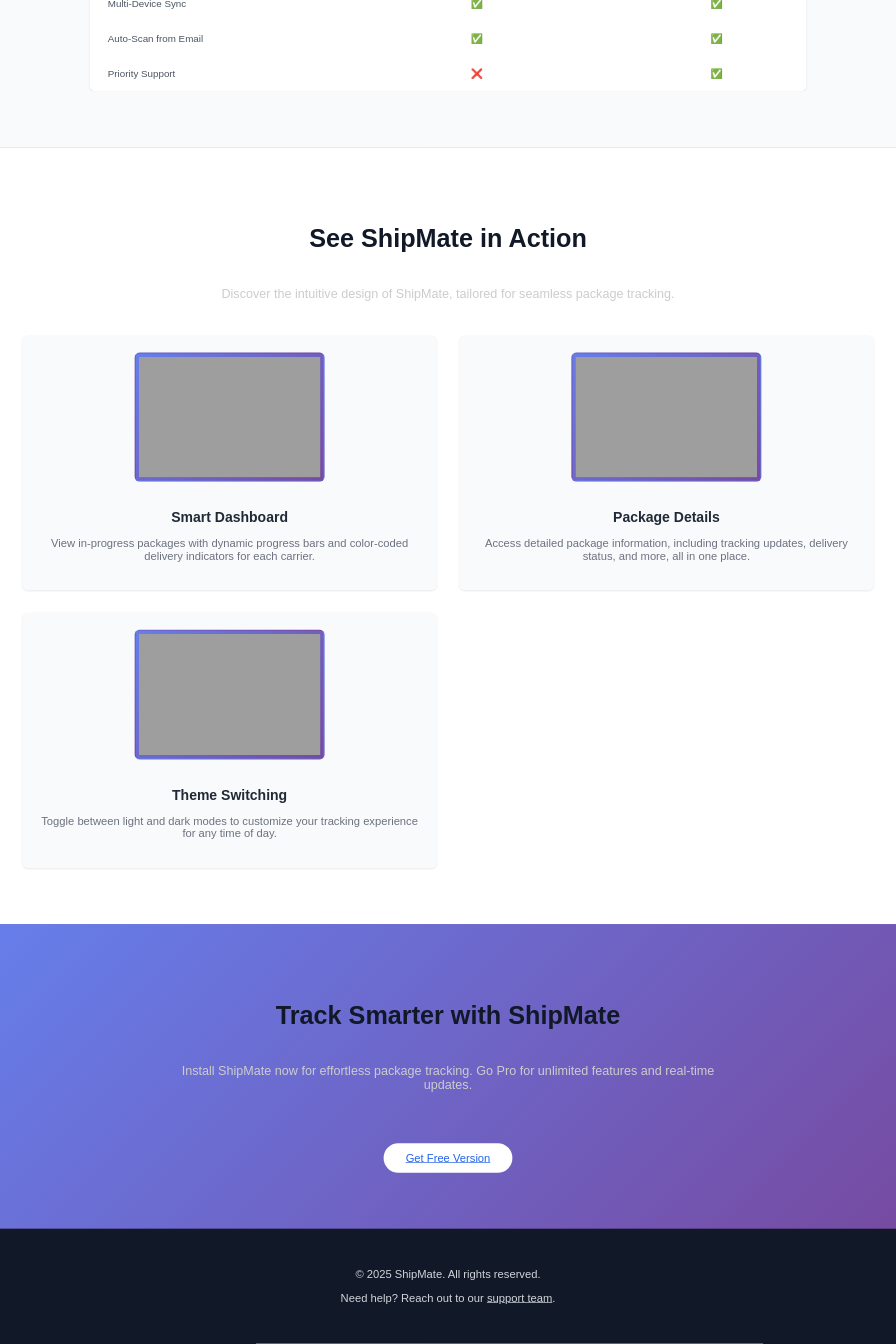
Repository: epeguero8311/shipmate-website
Page: index.html
An editor plug-in stored every save of this project. The page is shown before and after the next save, followed by the edit.
The browser window is 1280 px wide. The pictures show the part of the page from y = 1495 to 3415 px (the page is 3415 px tall before and 3080 px after), at 70% of full size.
Pictures or frames that could not be fetched are drawn as grey boxes.

Above is the page before, as saved 2025-10-26 19:38:41.

### index.html
<!DOCTYPE html>
<html lang="en">
<head>
  <meta charset="UTF-8">
  <meta name="viewport" content="width=device-width, initial-scale=1.0">
  <title>ShipMate - Package Tracking Chrome Extension</title>
  <link rel="stylesheet" href="styles.css">
</head>
<body class="body">
  <header class="header">
    <div class="header-container">
      <div class="header-logo-title">
        <h1 class="header-title">ShipMate</h1>
        <img src="icon.png" alt="ShipMate Logo" class="header-logo">
      </div>
      <p class="header-subtitle">Track your packages effortlessly, straight from your Gmail inbox.</p>
      <a href="https://chromewebstore.google.com/detail/[your-extension-id]" class="btn btn-primary">Get ShipMate Free</a>
    </div>
  </header>
  <section class="section">
    <div class="section-container">
      <h2 class="section-title">Why ShipMate?</h2>
      <p class="section-subtitle">ShipMate transforms package tracking with a clean, intuitive interface, pulling delivery details directly from Gmail and syncing via Firebase for seamless access.</p>
      <div class="grid">
        <div class="card fade-in" style="animation-delay: 0.2s;">
          <h3 class="card-title">Auto-Tracking</h3>
          <p class="card-text">Instantly pulls tracking info from your Gmail and updates in real-time.</p>
        </div>
        <div class="card fade-in" style="animation-delay: 0.4s;">
          <h3 class="card-title">Smart Dashboard</h3>
          <p class="card-text">Organizes "In Progress" packages with powerful sorting and filtering.</p>
        </div>
        <div class="card fade-in" style="animation-delay: 0.6s;">
          <h3 class="card-title">Customizable UI</h3>
          <p class="card-text">Toggle between light and dark modes for a tailored experience.</p>
        </div>
      </div>
    </div>
  </section>
  <section class="section-alt">
    <div class="section-container">
      <h2 class="section-title">Free vs Pro</h2>
      <div class="table-wrapper">
        <table class="table">
          <thead>
            <tr class="table-header">
              <th class="table-cell-left">Feature</th>
              <th class="table-cell">Free</th>
              <th class="table-cell">Pro ($4.99/mo)</th>
            </tr>
          </thead>
          <tbody class="table-body">
            <tr class="table-row">
              <td class="table-cell-left">Package Tracking Limit</td>
              <td class="table-cell">2 In Progress, 5 Total (Past 30 days)</td>
              <td class="table-cell">Unlimited</td>
            </tr>
            <tr class="table-row">
              <td class="table-cell-left">Package Details View</td>
              <td class="table-cell">❌</td>
              <td class="table-cell">✅</td>
            </tr>
            <tr class="table-row">
              <td class="table-cell-left">Smart ETA Insights</td>
              <td class="table-cell">❌</td>
              <td class="table-cell">✅</td>
            </tr>
            <tr class="table-row">
              <td class="table-cell-left">Advanced Filters</td>
              <td class="table-cell">Basic</td>
              <td class="table-cell">Store, Carrier, etc.</td>
            </tr>
            <tr class="table-row">
              <td class="table-cell-left">Export Options (CSV/PDF)</td>
              <td class="table-cell">❌</td>
              <td class="table-cell">✅</td>
            </tr>
            <tr class="table-row">
              <td class="table-cell-left">Custom Themes</td>
              <td class="table-cell">✅</td>
              <td class="table-cell">✅</td>
            </tr>
            <tr class="table-row">
              <td class="table-cell-left">Multi-Device Sync</td>
              <td class="table-cell">✅</td>
              <td class="table-cell">✅</td>
            </tr>
            <tr class="table-row">
              <td class="table-cell-left">Auto-Scan from Email</td>
              <td class="table-cell">✅</td>
              <td class="table-cell">✅</td>
            </tr>
            <tr>
              <td class="table-cell-left">Priority Support</td>
              <td class="table-cell">❌</td>
              <td class="table-cell">✅</td>
            </tr>
          </tbody>
        </table>
      </div>
    </div>
  </section>
  <!-- New Screenshots Section -->
  <section class="section">
    <div class="section-container">
      <h2 class="section-title">See ShipMate in Action</h2>
      <p class="section-subtitle">Discover the intuitive design of ShipMate, tailored for seamless package tracking.</p>
      <div class="grid grid-screenshots">
        <div class="card fade-in" style="animation-delay: 0.2s;">
          <img src="https://picsum.photos/300/200?random=1" alt="Smart Dashboard" class="screenshot-img">
          <h3 class="card-title">Smart Dashboard</h3>
          <p class="card-text">View in-progress packages with dynamic progress bars and color-coded delivery indicators for each carrier.</p>
        </div>
        <div class="card fade-in" style="animation-delay: 0.4s;">
          <img src="https://picsum.photos/300/200?random=2" alt="Package Details" class="screenshot-img">
          <h3 class="card-title">Package Details</h3>
          <p class="card-text">Access detailed package information, including tracking updates, delivery status, and more, all in one place.</p>
        </div>
        <div class="card fade-in" style="animation-delay: 0.6s;">
          <img src="https://picsum.photos/300/200?random=3" alt="Theme Changing" class="screenshot-img">
          <h3 class="card-title">Theme Switching</h3>
          <p class="card-text">Toggle between light and dark modes to customize your tracking experience for any time of day.</p>
        </div>
      </div>
    </div>
  </section>
  <section class="cta">
    <div class="cta-container">
      <h2 class="section-title">Track Smarter with ShipMate</h2>
      <p class="section-subtitle">Install ShipMate now for effortless package tracking. Go Pro for unlimited features and real-time updates.</p>
      <div class="cta-buttons">
        <a href="https://chromewebstore.google.com/detail/[your-extension-id]" class="btn btn-primary">Get Free Version</a>
      </div>
    </div>
  </section>
  <footer class="footer">
    <div class="footer-container">
      <p>&copy; 2025 ShipMate. All rights reserved.</p>
      <p class="footer-link">Need help? Reach out to our <a href="mailto:support@shipmate.com" class="link">support team</a>.</p>
    </div>
  </footer>
</body>
</html>

### styles.css
html {
  scroll-behavior: smooth;
  -ms-overflow-style: none;
  scrollbar-width: none;
}

html::-webkit-scrollbar {
  display: none;
}

body {
  background: linear-gradient(135deg, #667eea 0%, #764ba2 100%);
  margin: 0;
  font-family: sans-serif;
  -webkit-font-smoothing: antialiased;
}

.header-container {
  max-width: 100%;
  padding: 0 1rem;
  text-align: center;
}

.header {
  background: linear-gradient(135deg, #667eea 0%, #764ba2 100%);
  color: white;
  padding: 4rem 0;
}

.header-logo-title {
  display: flex;
  align-items: center;
  justify-content: center;
  gap: 1rem;
}

.header-logo {
  width: 8%;
  height: 8%;
}

.header-title {
  font-size: 2.25rem;
  font-weight: 800;
  letter-spacing: -0.025em;
  animation: fadeIn 1s forwards;
}

@media (min-width: 768px) {
  .header-title {
    font-size: 3rem;
  }
}

.header-subtitle {
  margin-top: 1rem;
  font-size: 1.125rem;
  color: #DBEAFE;
  max-width: 32rem;
  margin-left: auto;
  margin-right: auto;
}

@media (min-width: 768px) {
  .header-subtitle {
    font-size: 1.25rem;
  }
}

.btn {
  display: inline-block;
  font-weight: 500;
  padding: 0.75rem 2rem;
  border-radius: 9999px;
  transition: all 0.3s ease;
}

.btn-primary {
  background-color: white;
  color: #2563EB;
  margin-top: 1.5rem;
}

.btn-primary:hover {
  transform: scale(1.05);
  background-color: #EFF6FF;
}

.section {
  padding: 5rem 0;
  background-color: white;
}

.section-alt {
  padding: 5rem 0;
  background-color: #F9FAFB;
}

.section-container {
  max-width: 100%;
  padding: 0 1rem;
}

.section-title {
  font-size: 1.875rem;
  font-weight: 700;
  color: #111827;
  text-align: center;
  margin-bottom: 3rem;
  animation: fadeIn 1s forwards;
}

@media (min-width: 768px) {
  .section-title {
    font-size: 2.25rem;
  }
}

.section-subtitle {
  text-align: center;
  color: #cccccc;
  margin-bottom: 3rem;
  max-width: 48rem;
  margin-left: auto;
  margin-right: auto;
  font-size: 1.125rem;
}

.grid {
  display: grid;
  gap: 3rem;
  padding: 0 1rem;
}

@media (min-width: 768px) {
  .grid {
    grid-template-columns: repeat(3, 1fr);
  }
}

.grid-screenshots {
  display: grid;
  gap: 2rem;
  padding: 0 1rem;
}

@media (min-width: 768px) {
  .grid-screenshots {
    grid-template-columns: repeat(2, 1fr);
    grid-template-rows: repeat(2, auto);
  }
}

.card {
  text-align: center;
  padding: 1.5rem;
  background-color: #F9FAFB;
  border-radius: 0.5rem;
  box-shadow: 0 1px 3px rgba(0, 0, 0, 0.1);
  transition: transform 0.3s ease;
}

.card:hover {
  transform: scale(1.05);
}

.card-title {
  font-size: 1.25rem;
  font-weight: 600;
  color: #1F2937;
  margin-bottom: 0.75rem;
}

.card-text {
  color: #6B7280;
}

.screenshot-img {
  width: 50%;
  height: auto;
  border-radius: 0.5rem;
  margin-bottom: 1rem;
  border: 2px solid transparent;
  background: linear-gradient(135deg, #667eea 0%, #764ba2 100%);
  padding: 4px;
  box-sizing: border-box;
}

.table-wrapper {
  overflow-x: auto;
  padding: 0 1rem;
}

.table {
  width: 100%;
  max-width: 64rem;
  margin-left: auto;
  margin-right: auto;
  background-color: white;
  border-radius: 0.5rem;
  box-shadow: 0 1px 3px rgba(0, 0, 0, 0.1);
}

.table-header {
  background: linear-gradient(135deg, #667eea 0%, #764ba2 100%);
  color: white;
}

.table-cell {
  padding: 1rem 1.5rem;
  text-align: center;
  font-size: 0.875rem;
  font-weight: 500;
}

.table-cell-left {
  padding: 1rem 1.5rem;
  text-align: left;
  font-size: 0.875rem;
  font-weight: 500;
}

.table-body {
  color: #4B5563;
}

.table-row {
  border-bottom: 1px solid #E5E7EB;
}

.text-center {
  text-align: center;
}

.cta {
  padding: 5rem 0;
  background: linear-gradient(135deg, #667eea 0%, #764ba2 100%);
  color: white;
}

.cta-container {
  max-width: 100%;
  padding: 0 1rem;
  text-align: center;
}

.cta-buttons {
  display: flex;
  flex-direction: column;
  justify-content: center;
  gap: 1.5rem;
}

@media (min-width: 640px) {
  .cta-buttons {
    flex-direction: row;
  }
}

.btn-secondary {
  background-color: #FBBF24;
  color: #1E3A8A;
}

.btn-secondary:hover {
  transform: scale(1.05);
  background-color: #FCD34D;
}

.footer {
  padding: 2.5rem 0;
  background-color: #111827;
  color: #D1D5DB;
}

.footer-container {
  max-width: 100%;
  padding: 0 1rem;
  text-align: center;
}

.footer-link {
  margin-top: 0.5rem;
}

.link {
  text-decoration: underline;
  color: #D1D5DB;
}

.link:hover {
  color: white;
}

.fade-in {
  opacity: 0;
  animation: fadeIn 1s forwards;
}

@keyframes fadeIn {
  to { opacity: 1; }
}

After the next save:
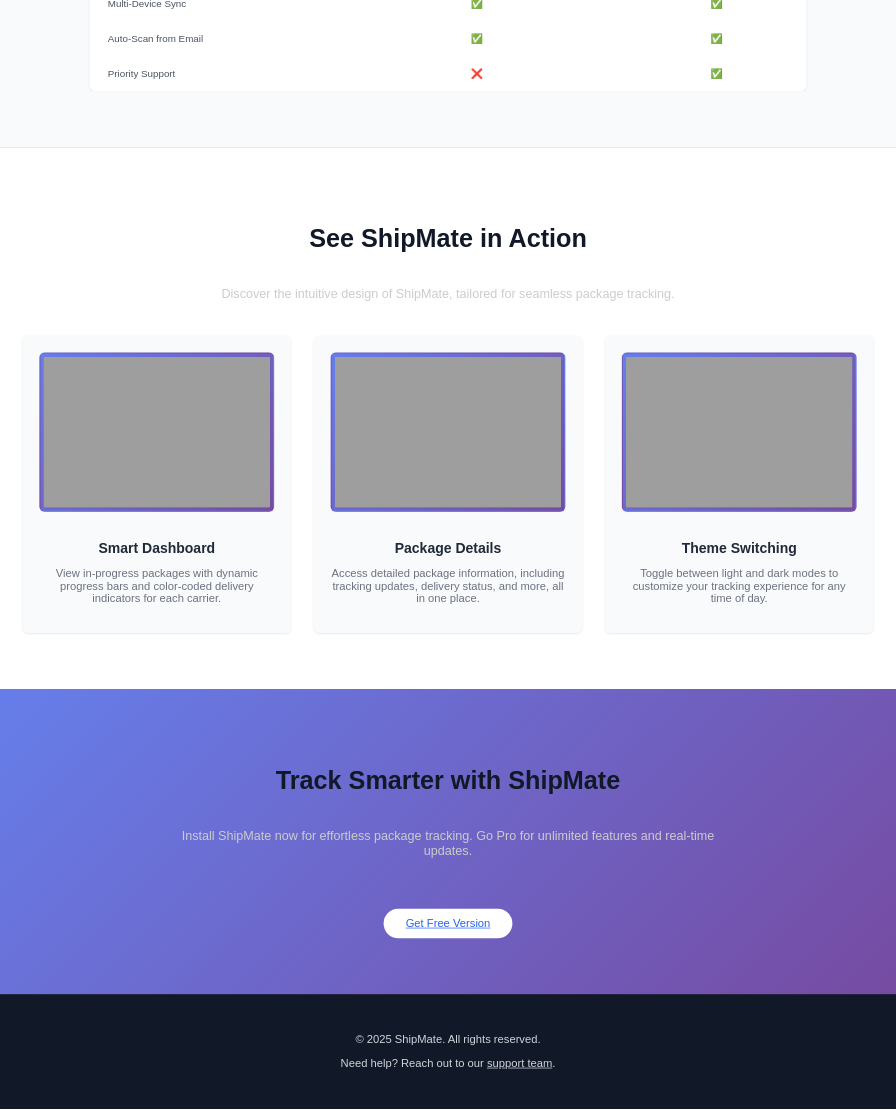
Saved 6 s later.
--- a/styles.css
+++ b/styles.css
@@ -146,8 +146,14 @@
 
 @media (min-width: 768px) {
   .grid-screenshots {
-    grid-template-columns: repeat(2, 1fr);
-    grid-template-rows: repeat(2, auto);
+    grid-template-columns: repeat(3, 1fr);
+    grid-template-rows: auto;
+  }
+}
+
+@media (max-width: 767px) {
+  .grid-screenshots {
+    grid-template-columns: 1fr;
   }
 }
 
@@ -176,7 +182,7 @@
 }
 
 .screenshot-img {
-  width: 50%;
+  width: 100%;
   height: auto;
   border-radius: 0.5rem;
   margin-bottom: 1rem;
